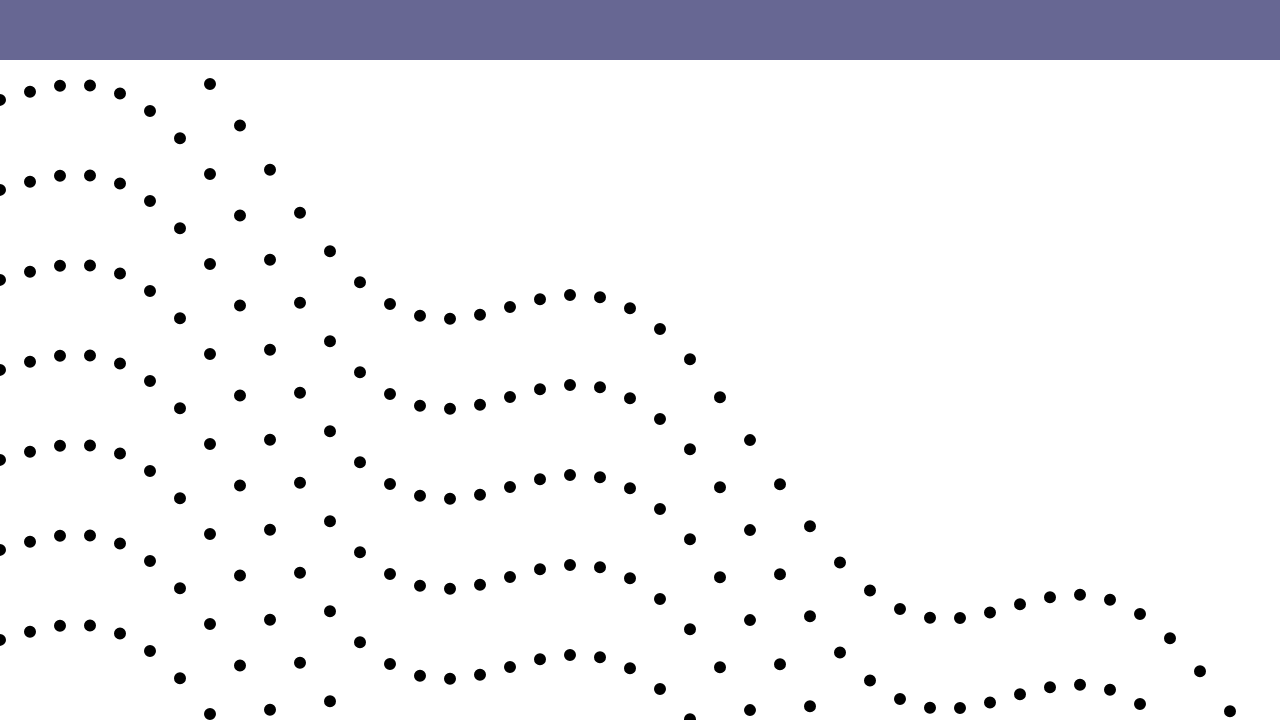
Repository: Iban-del/ProjetBacIban
Page: index.html
The author's editor kept a copy of each file at every save. The page is drawn from the files as they stood at one save, then again after the next save.
The browser window is 1280 px wide. The pictures show the whole page.

Above is the page before, as saved 2025-02-18 20:12:23.

After the next save:
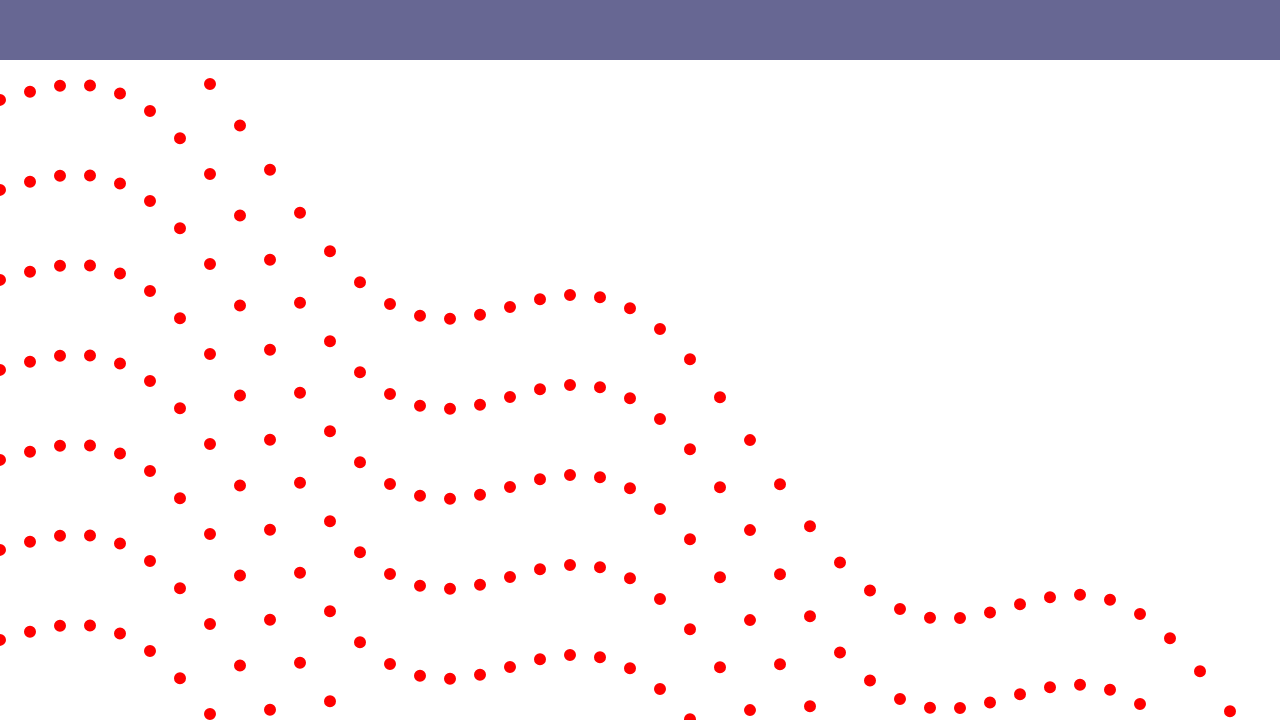
Saved 5 s later.
--- a/js/background.js
+++ b/js/background.js
@@ -73,7 +73,7 @@ function drawVague(ctx){
                 let y = vague(x)+(t)+(x*0.6);
                 ctx.beginPath();
                 ctx.moveTo(x,y)
-                ctx.strokeStyle="red";
+                ctx.fillStyle="red";
                 ctx.arc(x,y,6,0,Math.PI*2,true)
                 ctx.fill();
                 console.log("test")
